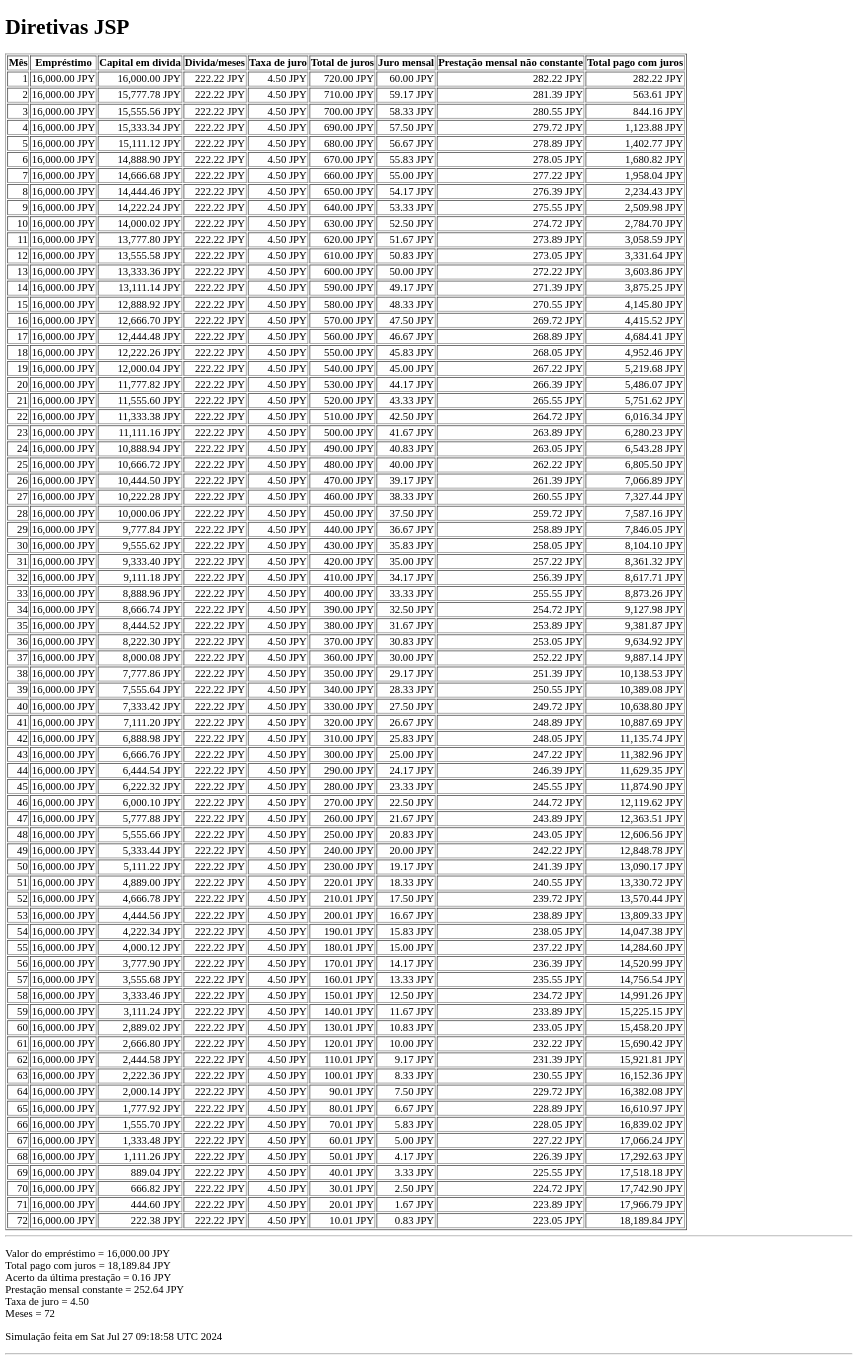
Repository: Tonyfilho/JavaWeb_EnterpriceEddion
Page: http://localhost/PaginasJSP/P06_Diretivas.jsp
These files come from the project's save history. The page is drawn as it stood at one moment and after the next save; the edit follows.
The browser window is 1280 px wide. The pictures show the whole page, at 67% of full size.
The page is served by Tomcat 9.

Above is the page before, as saved 2024-07-27 10:04:30.

After the next save:
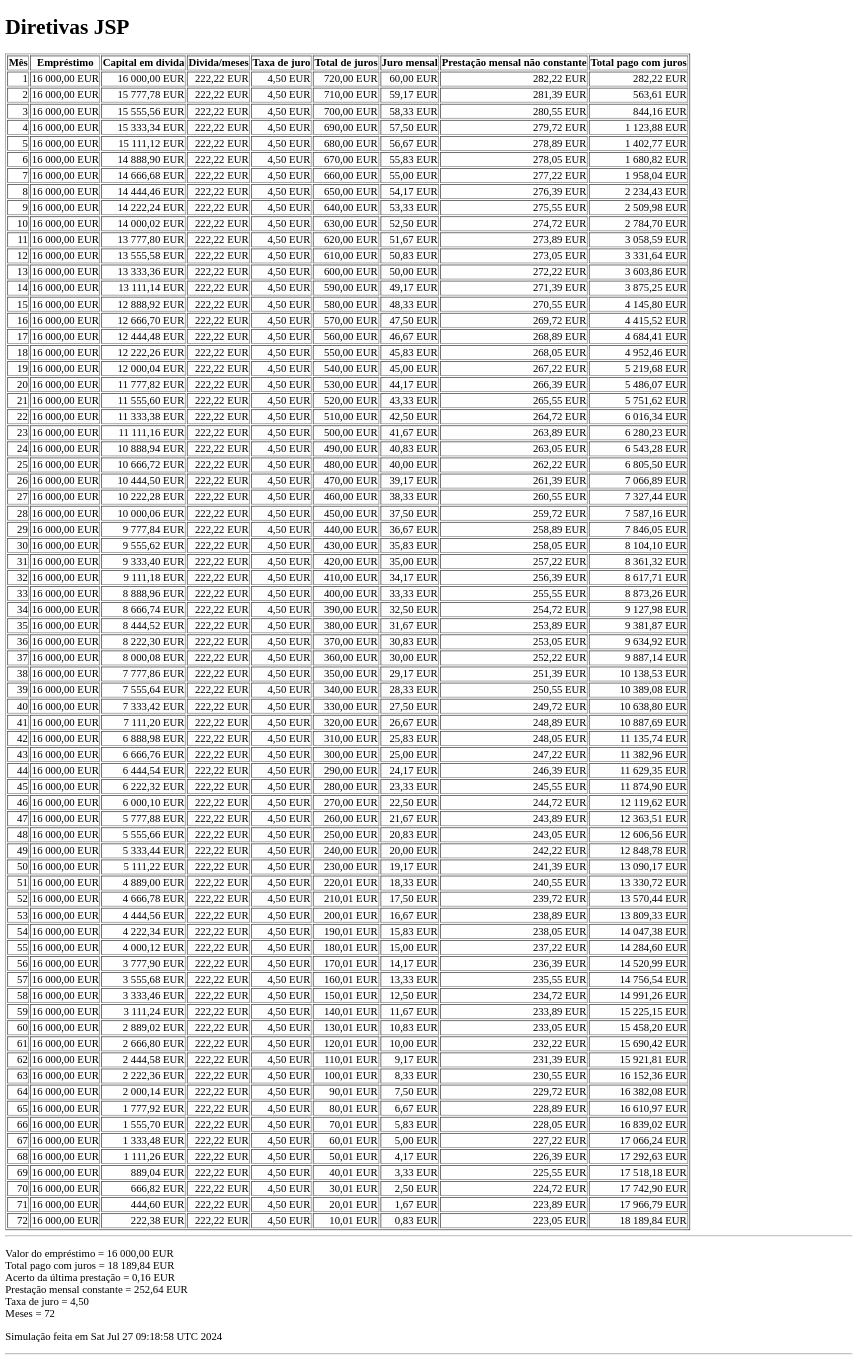
Saved 9 min 58 s later.
--- a/02_Paginas_Jsp/PaginasJSP/src/main/webapp/P06_Diretivas.jsp
+++ b/02_Paginas_Jsp/PaginasJSP/src/main/webapp/P06_Diretivas.jsp
@@ -57,7 +57,8 @@
             //Locale.setDefault(new Locale("en", "US"));
             //Locale.setDefault(Locale.US);
             //Locale.setDefault(Locale.UK);
-            Locale.setDefault(Locale.JAPAN);
+            //Locale.setDefault(Locale.JAPAN);
+            Locale.setDefault(Locale.of("pt", "PT"));
             NumberFormat formatter = NumberFormat.getCurrencyInstance(Locale.getDefault());
             String currency = formatter.getCurrency().toString();
             DecimalFormat f = new DecimalFormat("###,###,##0.00");
